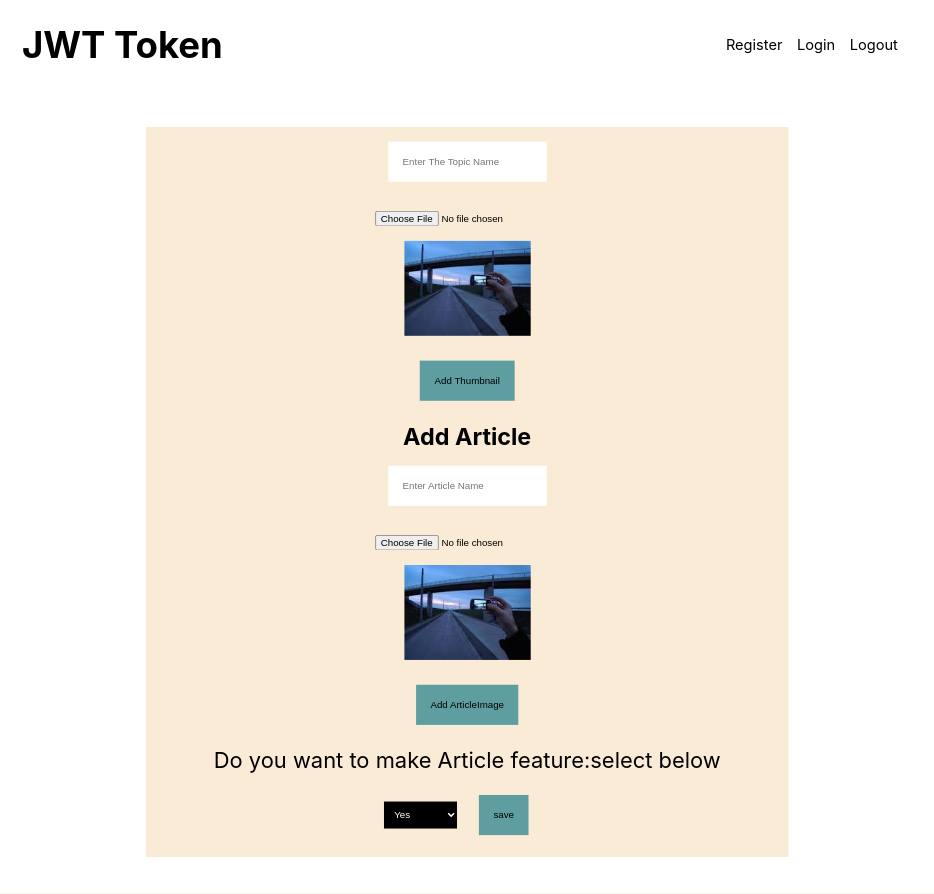
Repository: Prafullkuma/jwttoken
Page: /admin
The author's editor kept a copy of each file at every save. The page is drawn from the files as they stood at one save, then again after the next save.
The browser window is 1280 px wide. The pictures show the whole page, at 73% of full size.
The project was rebuilt for these pictures with package versions that can differ from the ones it lists, and the page was loaded fresh each time. Also part of the build but not shown: src/App.css, src/component/Auth/Signup.js, src/component/Auth/Signin.js, src/component/User/User.js, src/component/Home/Home.js, src/component/Auth/Logout.js.

Above is the page before, as saved 2020-08-22 22:14:21.

### src/App.js
import React from 'react';
import { BrowserRouter, Route } from 'react-router-dom'
import './App.css';
import Navbar from './component/Navbar'
import Signup from './component/Auth/Signup';
import Signin from './component/Auth/Signin';
import User from './component/User/User';
import Dashboard from './component/Admin/Dashboard';
import Home from './component/Home/Home';
import Logout from './component/Auth/Logout'
function App() {
  return (
    <div className="App">
      <BrowserRouter>
        <Navbar />
        <Route path="/signup" component={Signup} />
        <Route path="/signin" component={Signin} />
        <Route path="logout" component={Logout} />
        <Route path="/user" component={User} />
        <Route path="/admin" component={Dashboard} />
        <Route exact path="/" component={Home} />
      </BrowserRouter>
    </div>
  );
}

export default App;

### src/component/Navbar.js
import React from 'react'
import { Link } from 'react-router-dom'
import './Navbar.css'
function Navbar() {
    return (
        <div>
            <section className="Nav">
                <h1> <Link to="/">JWT Token</Link></h1>
                <nav className="navbar-items">
                    <ul>
                        <li><Link to="/signup">Register</Link></li>
                        <li><Link to="/signin">Login</Link></li>
                        <li><Link to="/">Logout</Link></li>
                    </ul>

                </nav>
            </section>
        </div>
    )
}

export default Navbar

### src/component/Admin/Dashboard.js
import React, { useState } from 'react'
import './Dashboard.css'
function Dashboard() {
    const [topic, setTopic] = useState('')
    const [thumbnail, setThumbnail] = useState()
    const [title, setTitle] = useState('')
    const [articleImage, setArticleImage] = useState('')
    const [feature, setFeature] = useState('')
    const [flag, setFlag] = useState(false)
    const addThumbnail = (e) => {
        console.log(e.target.file)
    }
    const addArticleImage = () => {

    }
    const saveAllData = () => {

    }
    return (
        <div className="Dashboard">
            <div className="Topic_name">
                <input type="text"
                    value={topic}
                    onChange={e => setTopic(e.target.value)}
                    placeholder="Enter The Topic Name" />
                <br />
                <input type="file"
                    value={thumbnail}
                    onChange={e => setThumbnail(e.target.value)} /><br />
                <img src="data:[embedded picture, 4947 characters]" alt="Thumbnail profile" /><br />
                <button onClick={addThumbnail}> Add Thumbnail</button>

            </div>
            <div className="ArticleName">
                <h1> Add Article</h1>
                <input type="text"
                    value={title}
                    placeholder="Enter Article Name"
                    onChange={e => setTitle(e.target.value)} />
                <br />
                <input type="file"
                    value={articleImage}
                    onChange={e => setArticleImage(e.target.value)} /><br />
                <img src="data:[embedded picture, 4947 characters]" alt="Articleprofile" /><br />
                <button onClick={addArticleImage}> Add ArticleImage</button><br />
                <span>Do you want to make Article feature:select below</span><br />
                <select value={feature} onChange={e => setFeature(e.target.value)}>
                    <option selected value={true}>Yes</option>
                    <option value={false}>No</option>
                </select>

                <button type="submit" onClick={saveAllData}> save</button>
            </div>

        </div>
    )
}

export default Dashboard

### src/component/Navbar.css
.Nav{
display: flex;
align-items: center;
justify-content: space-between;
padding: 30px;
}
ul,li{
    list-style: none;
    float: left;
    margin: 10px;
    font-size: 20px;
}
.Nav h1{
    font-size: 50px;
}
.Nav a{
    text-decoration: none;
    color:black
}
.navbar-items{
    display: flex;
}

### src/component/Admin/Dashboard.css
.Dashboard{
    margin-top: 50px;
    display: flex;
    flex-direction: column;
    margin: 50px 200px;
    background-color: antiquewhite;
    text-align: center;
}
.Dashboard input{
    border: none;
    padding: 20px;
    margin-top: 20px;
}
.Dashboard button{
    padding: 20px;
    margin: 30px;
    border: none;
    background-color: cadetblue;
    cursor: pointer;
}
.Dashboard span{
    font-size: 30px;
}
.Dashboard select{
    padding: 10px;
    border: none;
    background-color: black;
    color:white;
    width:100px;
}

Loaded but not shown: src/index.js (common file); src/index.css (common file)

After the next save:
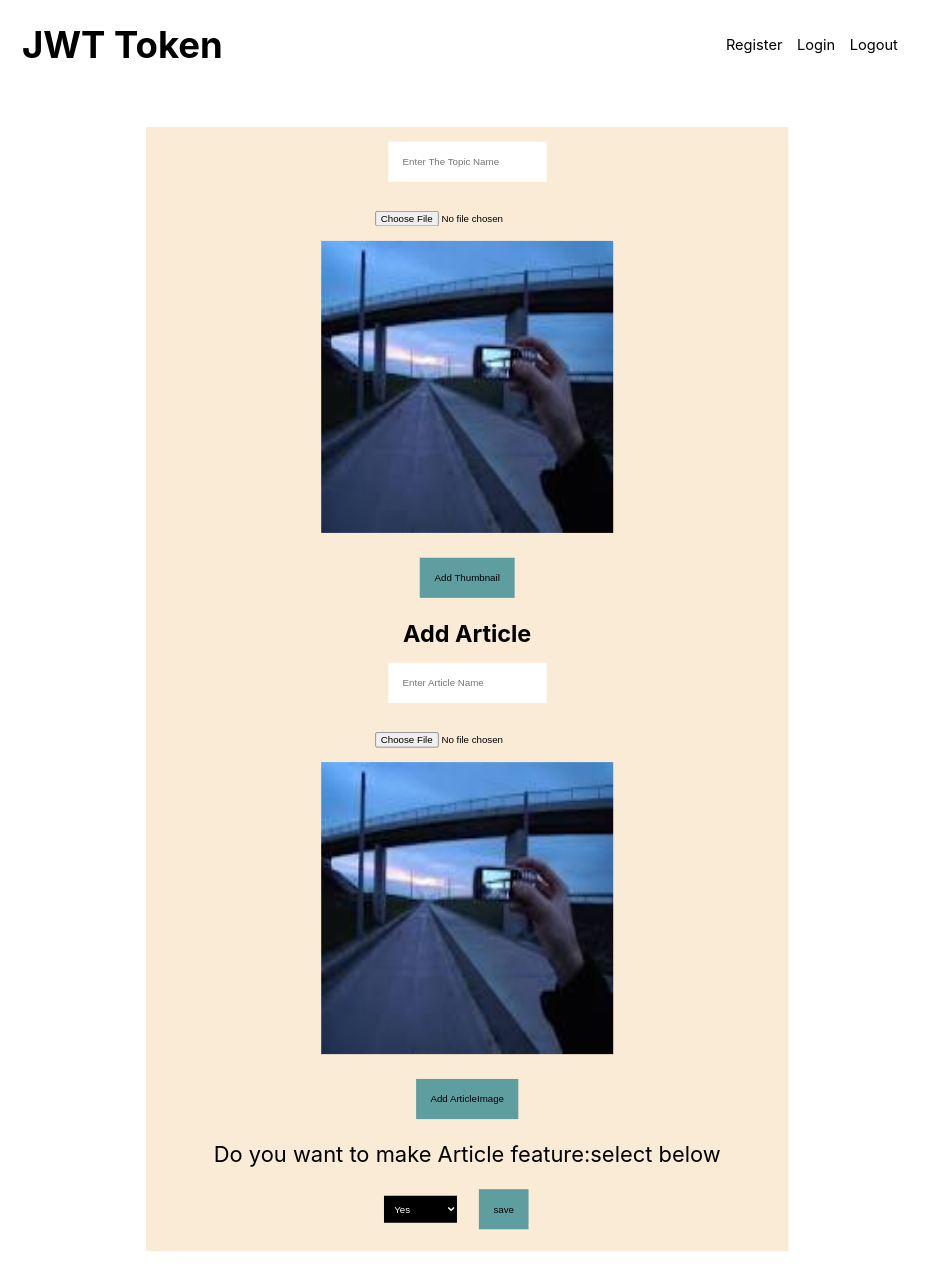
Saved 63 s later.
--- a/src/component/Admin/Dashboard.css
+++ b/src/component/Admin/Dashboard.css
@@ -21,6 +21,10 @@
 .Dashboard span{
     font-size: 30px;
 }
+.Dashboard img{
+    height: 400px;
+    width: 400px;
+}
 .Dashboard select{
     padding: 10px;
     border: none;
